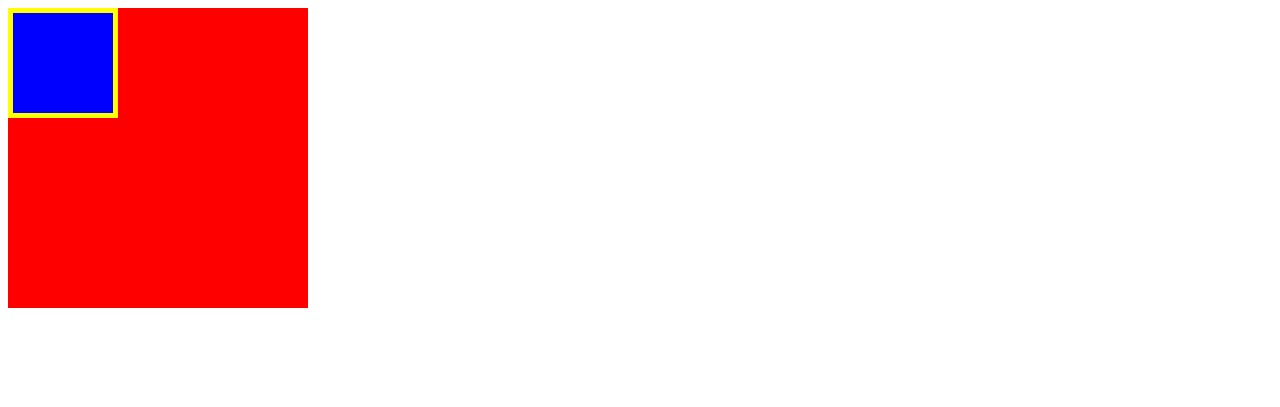
Repository: Kaori199701/-1
Page: box/box.html
The author's editor kept a record of every edit. The page is drawn from the files as they stood at one moment, then again after the next edit.
The browser window is 1280 px wide. The pictures show the whole page.

Above is the page before.

After the next edit:
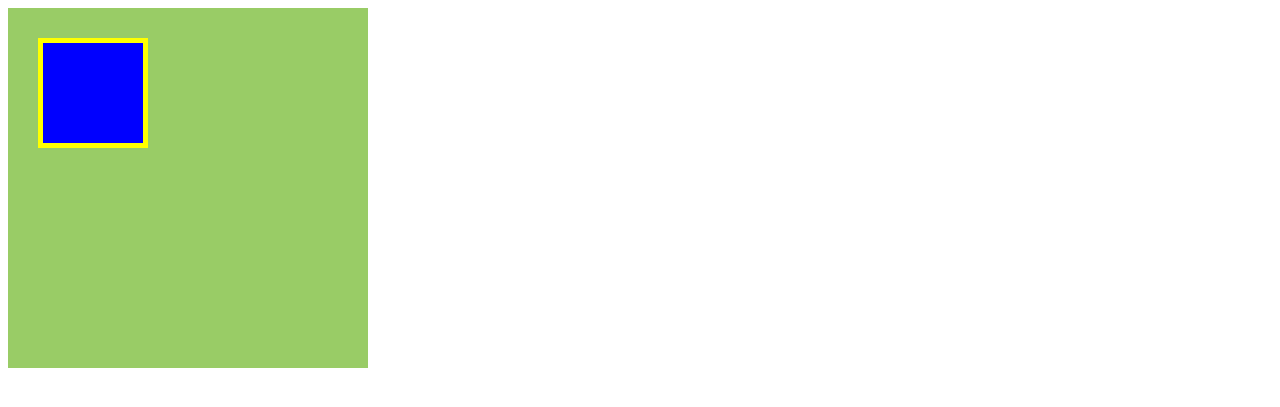
The edit:
--- a/box/box.css
+++ b/box/box.css
@@ -1,7 +1,8 @@
 .box1 {
   width: 300px;
   height: 300px;
-  background-color: red;
+  background-color: #99CC66;
+  padding: 30px;
 }
 
 .box2 {
